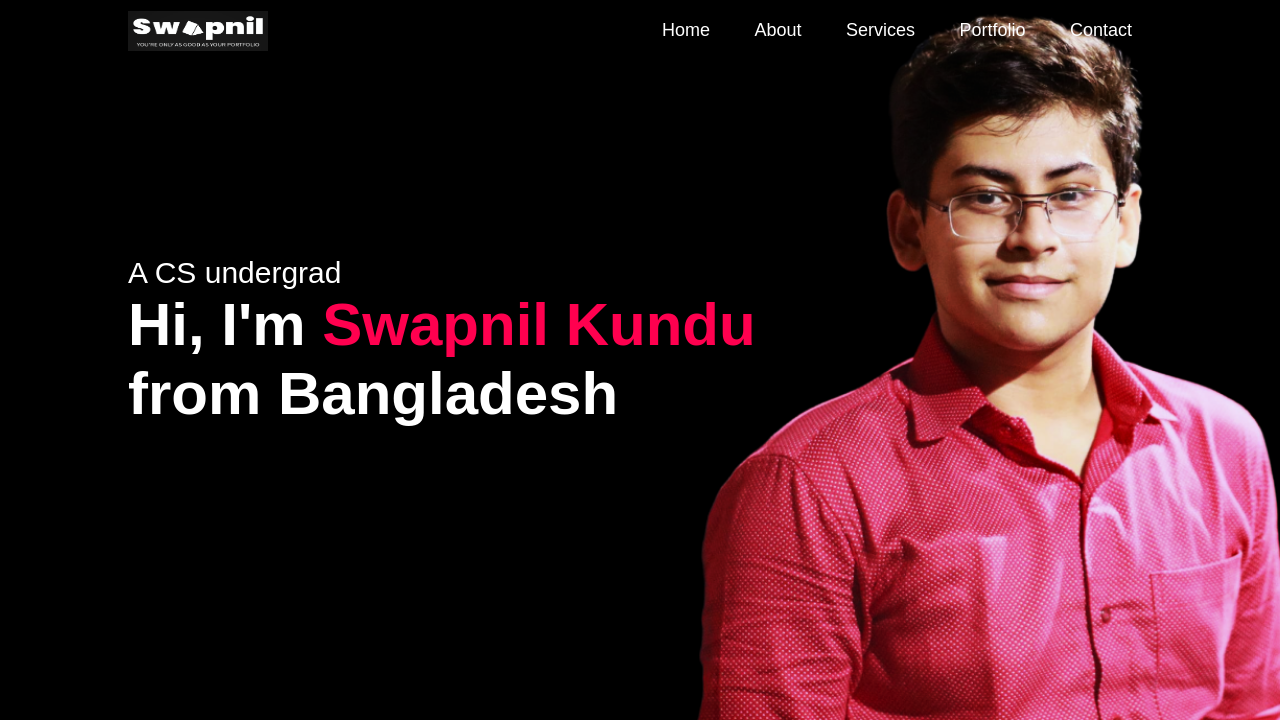
Repository: SwapnilKundu/portfolio
Page: index.html
An editor plug-in stored every save of this project. The page is shown before and after a run of saves, followed by the edit.
The browser window is 1280 px wide. The pictures show the whole page.

Above is the page before, as saved 2024-01-19 04:08:22.

### index.html
<!DOCTYPE html>
<html lang="en">
<head>
    <meta charset="UTF-8">
    <meta name="viewport" content="width=device-width, initial-scale=1.0">
    <title>Personal Portfolio Website</title>
    <link rel="stylesheet" href="style.css">
</head>
<body>
  <div id="header">
    <div class="container">
        <nav>
            <img src="images/logo1.png" class= "logo" width="40" height="40">
            <ul>
                <li><a href ="#">Home</a></li>
                <li><a href ="#">About</a></li>
                <li><a href ="#">Services</a></li>
                <li><a href ="#">Portfolio</a></li>
                <li><a href ="#">Contact</a></li>
            </ul>
        </nav>
        <div class="header-text">

            <p>A CS undergrad </p>
            <h1>Hi, I'm <span>Swapnil Kundu</span> <br> from Bangladesh</h1>
        </div>
    </div>


  </div>
</body>
</html>

### style.css
*
{
    margin: 0;
    padding: 0;
    font-family: 'Poppins',sans-serif;
    box-sizing: border-box;
}

body
{
    background: #ffff;
    color: #fff;
}
#header
{
    width: 100%;
    height: 100vh;
    background-image: url(images/ccc2.png);
    background-size: cover;
    background-position: left;
    background-repeat: no-repeat;
    overflow: hidden;
}
.container
{
padding: 10px 10%;
}
nav{
    display: flex;
    align-items: center;
    justify-content: space-between;
    flex-wrap: wrap;
}
.logo{
    width: 140px;
}

nav ul li{
    display:inline-block;
    list-style: none;
    margin: 10px 20px;

}
nav ul li a{
    color: #fff;
    text-decoration:none ;
    font-size: 18px;
    position: relative;
}

nav ul li a::after
{
    content: '';
    width:0;
    height:3px;
    background:#ff004f;
    position: absolute;
    left: 0;
    bottom: -6px;
    transition: 0.5s;

}
nav ul li a:hover::after
{
    width:100%;
}
.header-text{
    margin-top: 20%;
    font-size: 30px;
}
.header-text h1
{
    font-size:60px;
}
.header-text h1 span
{
    color:#ff004f;
}

After the next 2 saves:
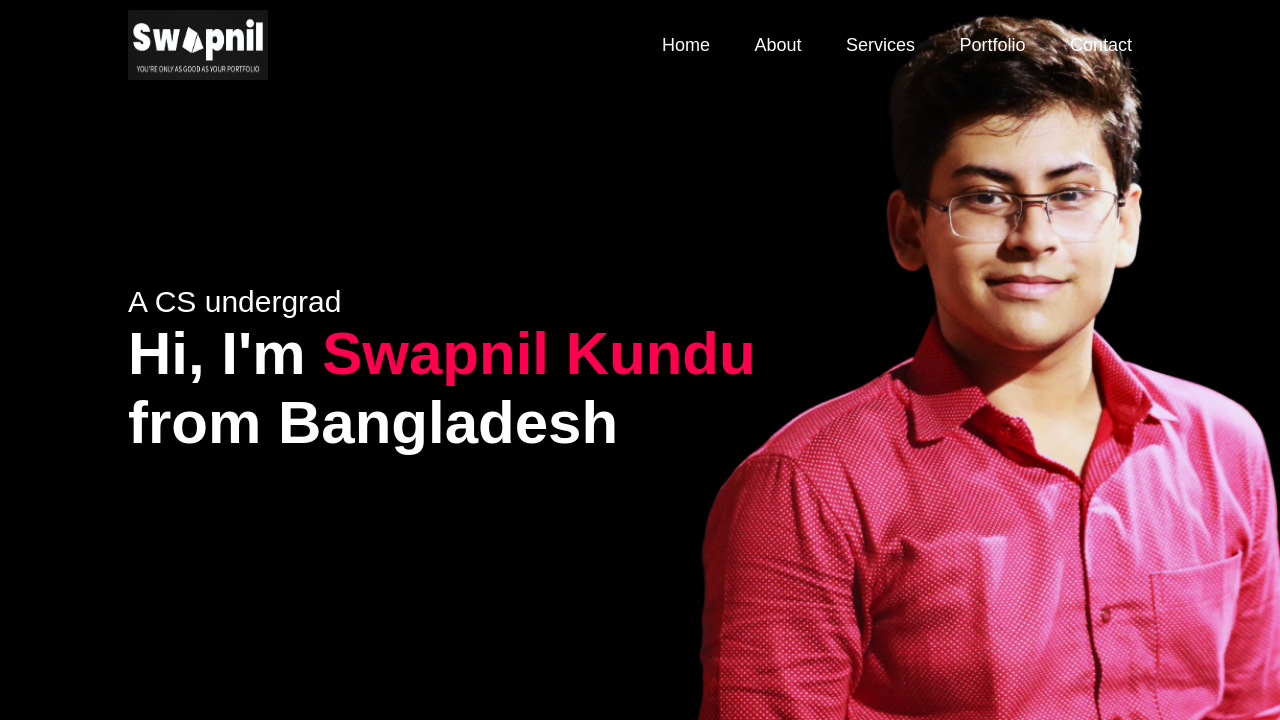
The 2 saves are shown as one change because they came seconds apart.
The last was saved 17 s later.
--- a/index.html
+++ b/index.html
@@ -10,7 +10,7 @@
   <div id="header">
     <div class="container">
         <nav>
-            <img src="images/logo1.png" class= "logo" width="40" height="40">
+            <img src="images/logo1.png" class= "logo" width="40" height="70">
             <ul>
                 <li><a href ="#">Home</a></li>
                 <li><a href ="#">About</a></li>
